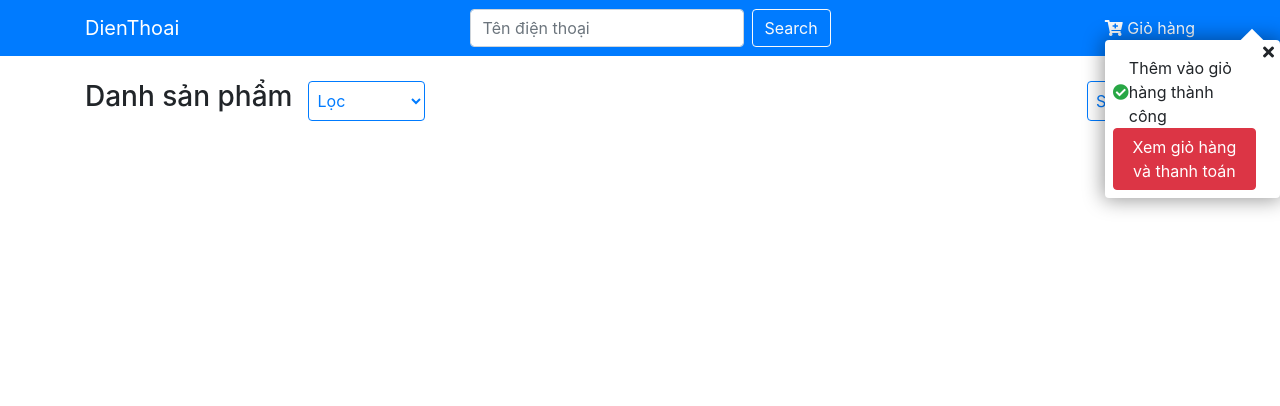
Repository: dovanthao2404/BC14_Bai_Tap_Ban_Dien_Thoai_dovanthao
Page: app/views/index.html
An editor plug-in stored every save of this project. The page is shown before and after the next save, followed by the edit.
The browser window is 1280 px wide. The pictures show the whole page.
Some web libraries are served in a nearby version. The style sheet was rebuilt from its Sass, Less or Tailwind sources for each picture, by a compiler version that may differ from the author's.

Above is the page before, as saved 2021-08-14 16:27:17.
Console error (its wording comes from the project's code and is left out).

After the next save:
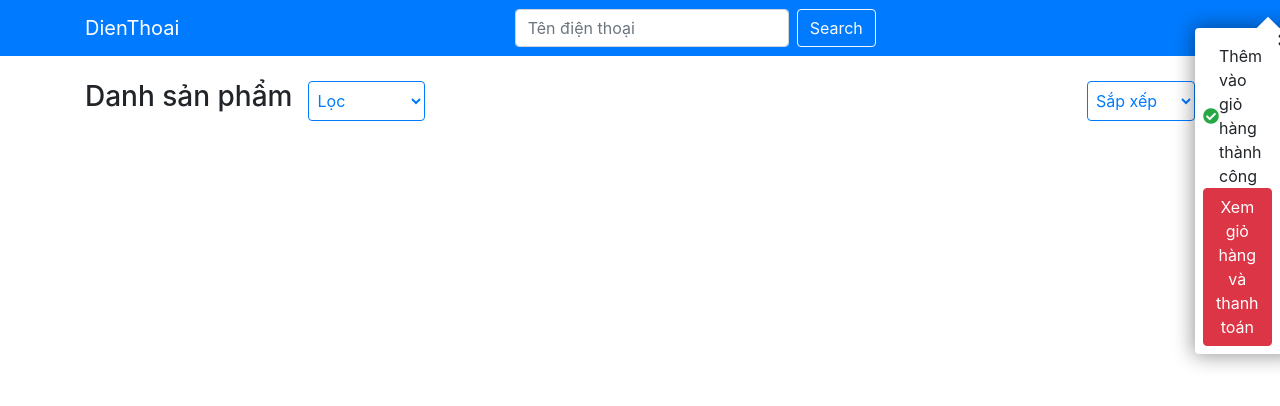
Saved 79 s later.
--- a/app/views/index.html
+++ b/app/views/index.html
@@ -45,9 +45,6 @@
           <button id="btnSearch" class="btn btn-outline-light my-2 my-sm-0" type="button">Search</button>
         </form>
         <div class="phone-cart">
-          <a href="cart.html" class="text-light">
-            <i class="fa fa-cart-plus"></i> Giỏ hàng
-          </a>
 
           <div class="notifiSuccess pb-2 pt-3 pl-2 pr-4 bg-white rounded">
             <i class="fa fa-times icon-close"></i>

After the 3 saves that followed:
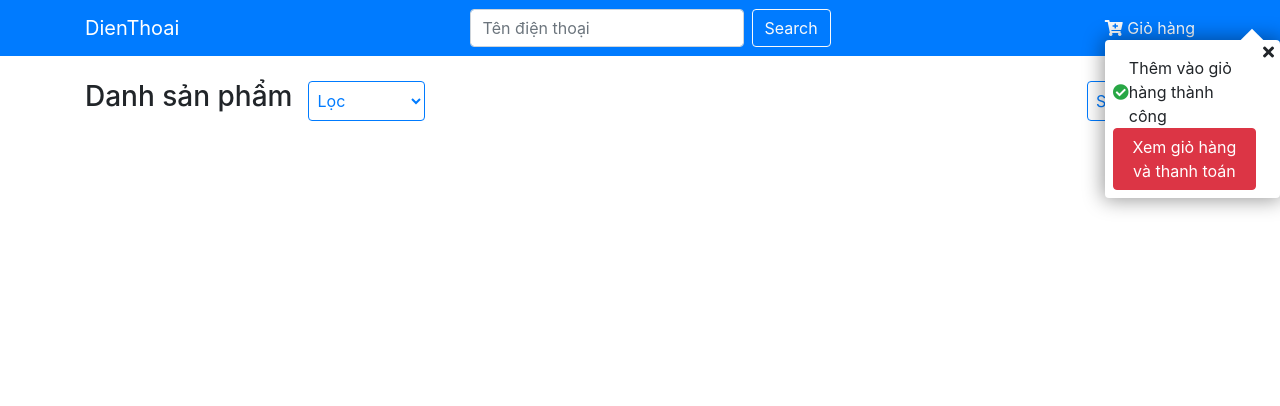
The 3 saves are shown as one change because 1 left the picture as it was and some came seconds apart.
The last was saved 7 s later.
--- a/app/views/index.html
+++ b/app/views/index.html
@@ -45,6 +45,9 @@
           <button id="btnSearch" class="btn btn-outline-light my-2 my-sm-0" type="button">Search</button>
         </form>
         <div class="phone-cart">
+          <a href="cart.html" class="text-light">
+            <i class="fa fa-cart-plus"></i> Giỏ hàng
+          </a>
 
           <div class="notifiSuccess pb-2 pt-3 pl-2 pr-4 bg-white rounded">
             <i class="fa fa-times icon-close"></i>
